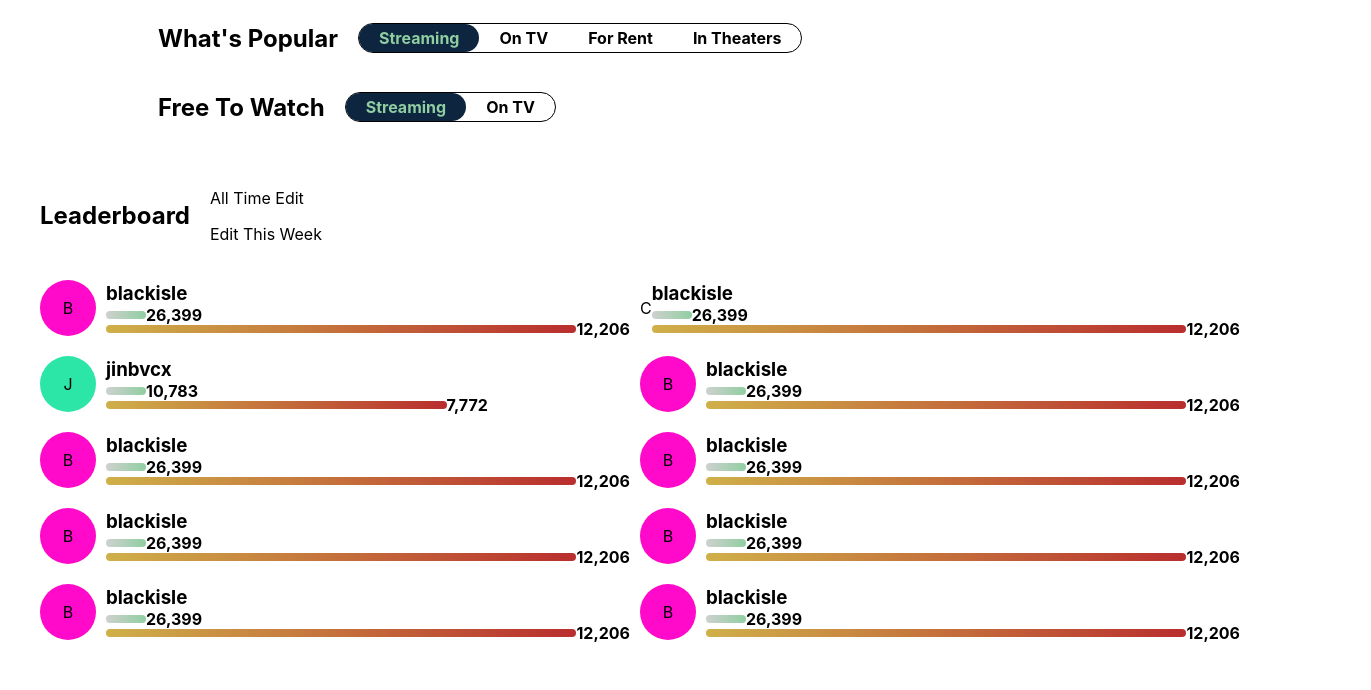
Repository: Fauzaanmhmd/qnpTesFrontend
Page: /
An editor plug-in stored every save of this project. The page is shown before and after the next save, followed by the edit.
The browser window is 1280 px wide. The page is 1371 px wide, so the pictures cover 1371 px, including what lies to the right of the window. The pictures show the part of the page from y = 364 to 1097 px (the page is 1054 px tall before and 1097 px after).
The page's requests for data from a server got no answer. The project was rebuilt for these pictures with package versions that can differ from the ones it lists, and the page was loaded fresh each time. The framework's server and built-in components were replaced by stand-ins that run in the browser. No one was signed in, and anything a server would have sent is missing. Also part of the build but not shown: next.config.js, styles/Moviecard.module.scss, pages/components/Moviecard.tsx.

Above is the page before, as saved 2022-03-20 22:42:45.

After the next save:
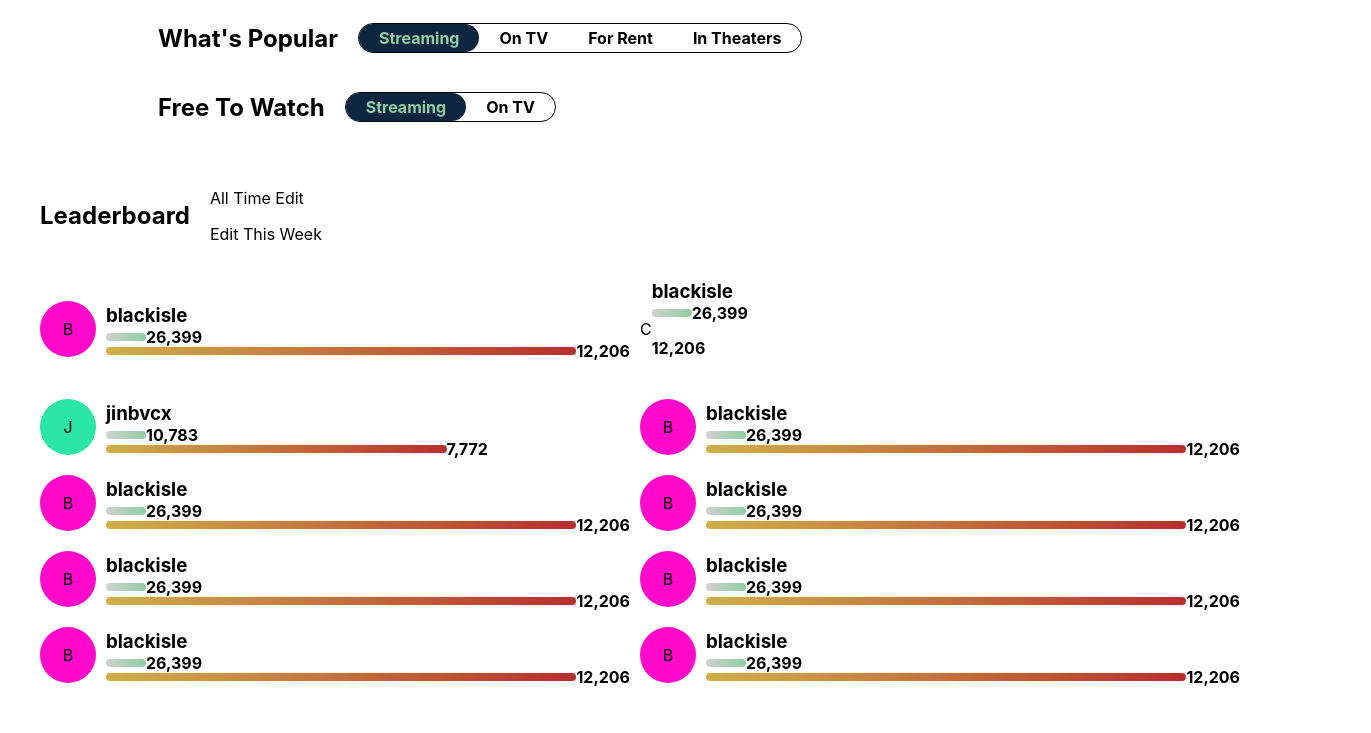
Saved 1 s later.
--- a/pages/Leaderboard.tsx
+++ b/pages/Leaderboard.tsx
@@ -51,7 +51,7 @@
                                         </div>
                                         <h4>26,399</h4>
                                     </div>
-                                    <div className={styles.meterThisWeek}>
+                                    <div className={styles.meterThisWeekC}>
                                         <div className={styles.gaugeThisWeek}>
                                         </div>
                                         <h4>12,206</h4>

After the save that followed:
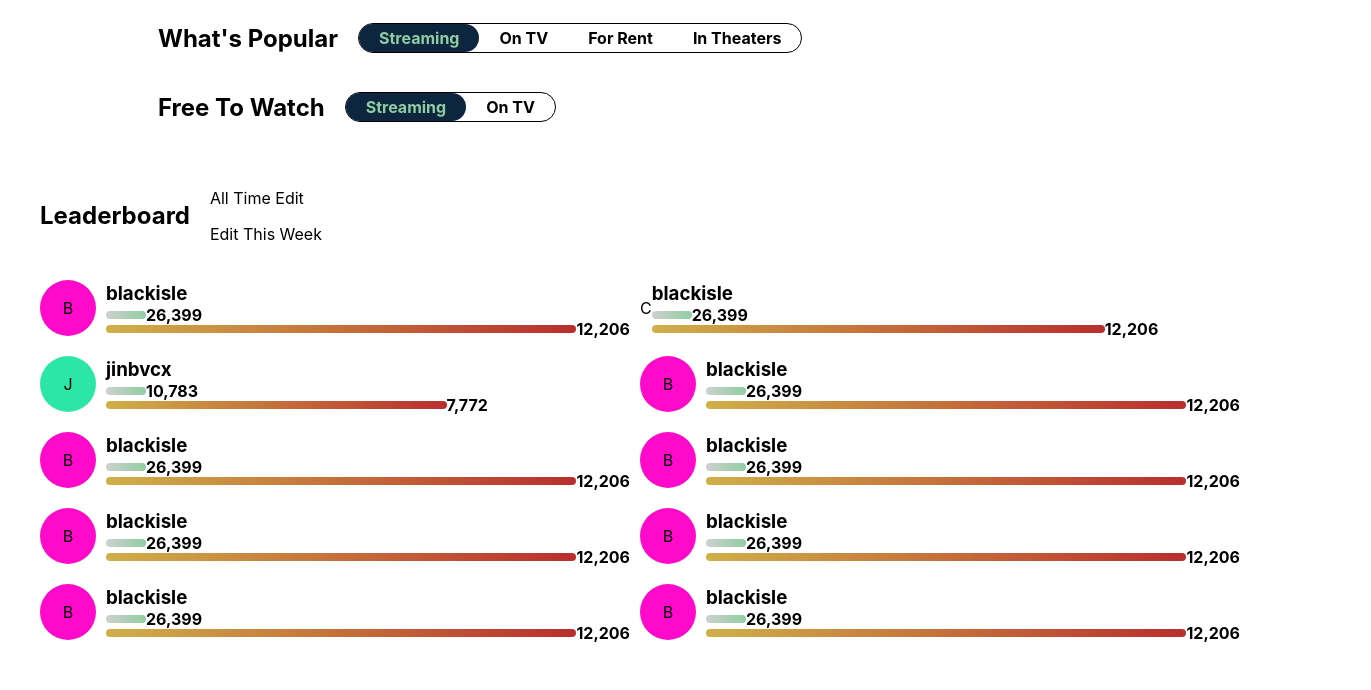
Saved 20 s later.
--- a/pages/Leaderboard.tsx
+++ b/pages/Leaderboard.tsx
@@ -51,8 +51,8 @@
                                         </div>
                                         <h4>26,399</h4>
                                     </div>
-                                    <div className={styles.meterThisWeekC}>
-                                        <div className={styles.gaugeThisWeek}>
+                                    <div className={styles.meterThisWeek}>
+                                        <div className={styles.gaugeThisWeekC}>
                                         </div>
                                         <h4>12,206</h4>
                                     </div>
